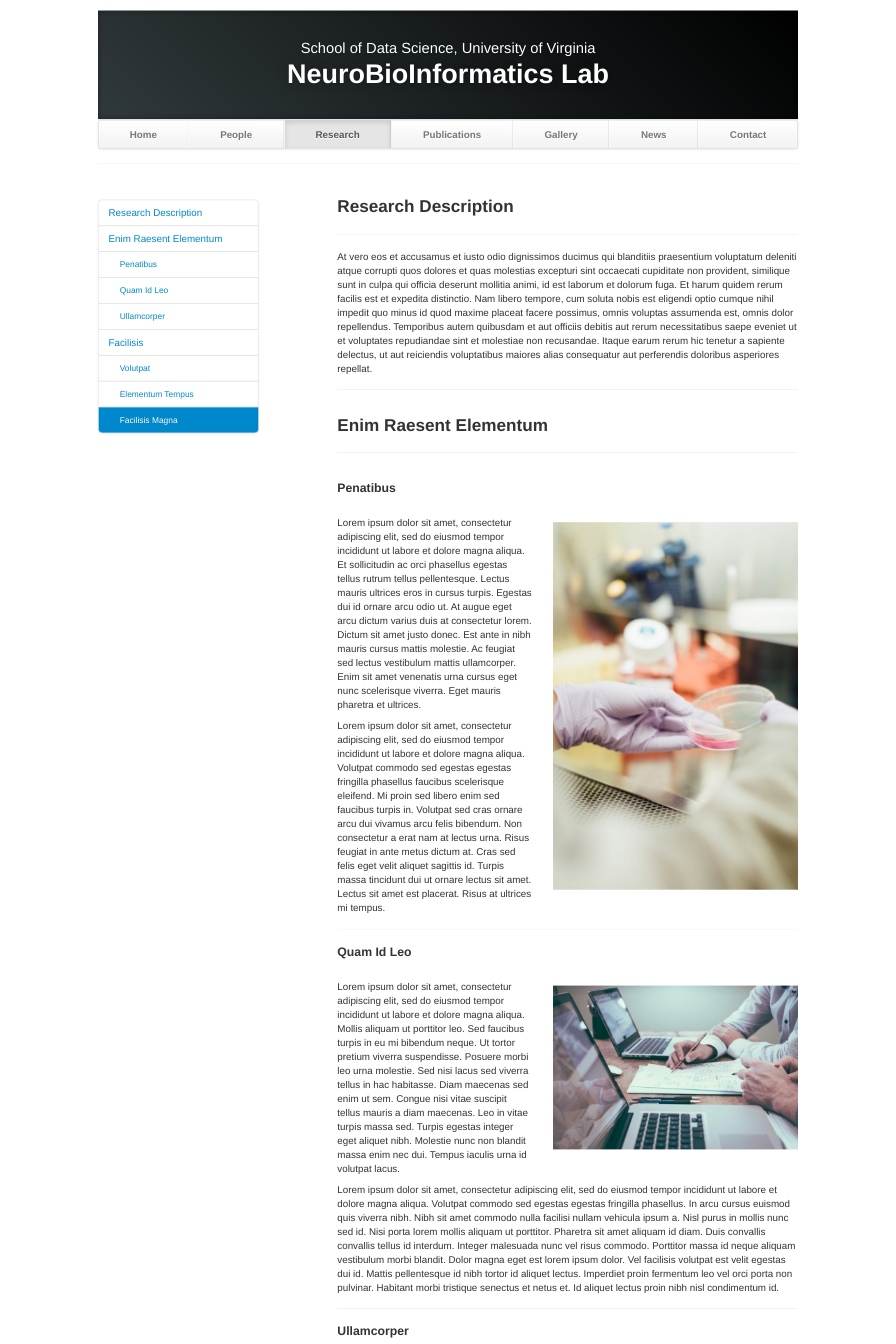
Repository: nbillab/nbillab.io
Page: research.html
The author's editor kept a copy of each file at every save. The page is drawn from the files as they stood at one save, then again after the next save.
The browser window is 1280 px wide. The pictures show the part of the page from y = 0 to 1920 px (the page is 4545 px tall before and 4445 px after), at 70% of full size.

Above is the page before, as saved 2025-08-17 19:42:06.

After the next save:
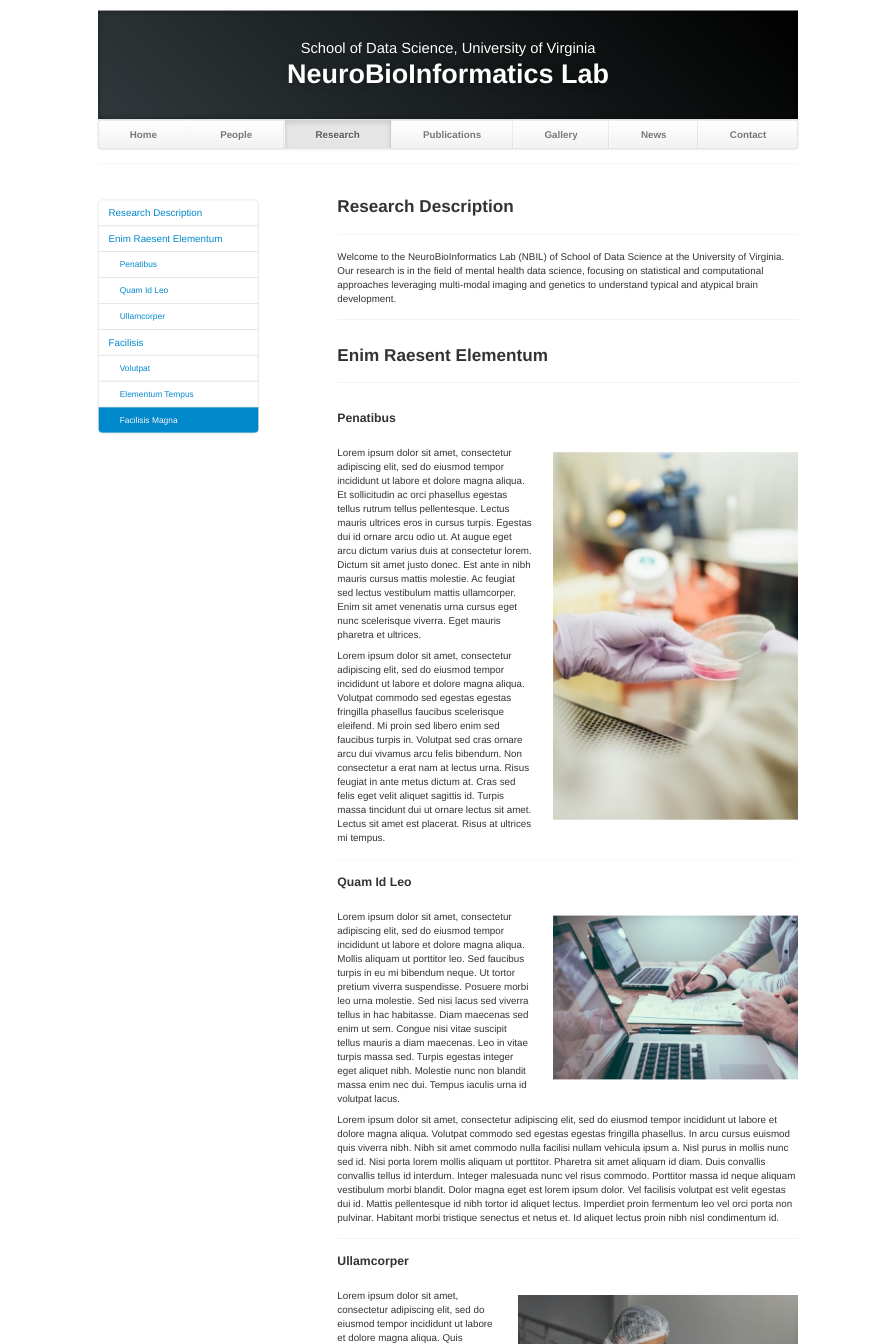
Saved 46 s later.
--- a/research.html
+++ b/research.html
@@ -54,12 +54,8 @@
                   <div class="page-header">
                      <h3>Research Description</h3>
                      <hr>
-                     <p>At vero eos et accusamus et iusto odio dignissimos ducimus qui blanditiis praesentium voluptatum deleniti atque corrupti quos dolores et quas
-                        molestias excepturi sint occaecati cupiditate non provident, similique sunt in culpa qui officia deserunt mollitia animi, id est laborum et
-                        dolorum fuga. Et harum quidem rerum facilis est et expedita distinctio. Nam libero tempore, cum soluta nobis est eligendi optio cumque nihil
-                        impedit quo minus id quod maxime placeat facere possimus, omnis voluptas assumenda est, omnis dolor repellendus. Temporibus autem quibusdam
-                        et aut officiis debitis aut rerum necessitatibus saepe eveniet ut et voluptates repudiandae sint et molestiae non recusandae. Itaque earum
-                        rerum hic tenetur a sapiente delectus, ut aut reiciendis voluptatibus maiores alias consequatur aut perferendis doloribus asperiores repellat.
+                     <p>Welcome to the NeuroBioInformatics Lab (NBIL) of School of Data Science at the University of Virginia.
+                        Our research is in the field of mental health data science, focusing on statistical and computational approaches leveraging multi-modal imaging and genetics to understand typical and atypical brain development.
                      </p>
                   </div>
                </section>
